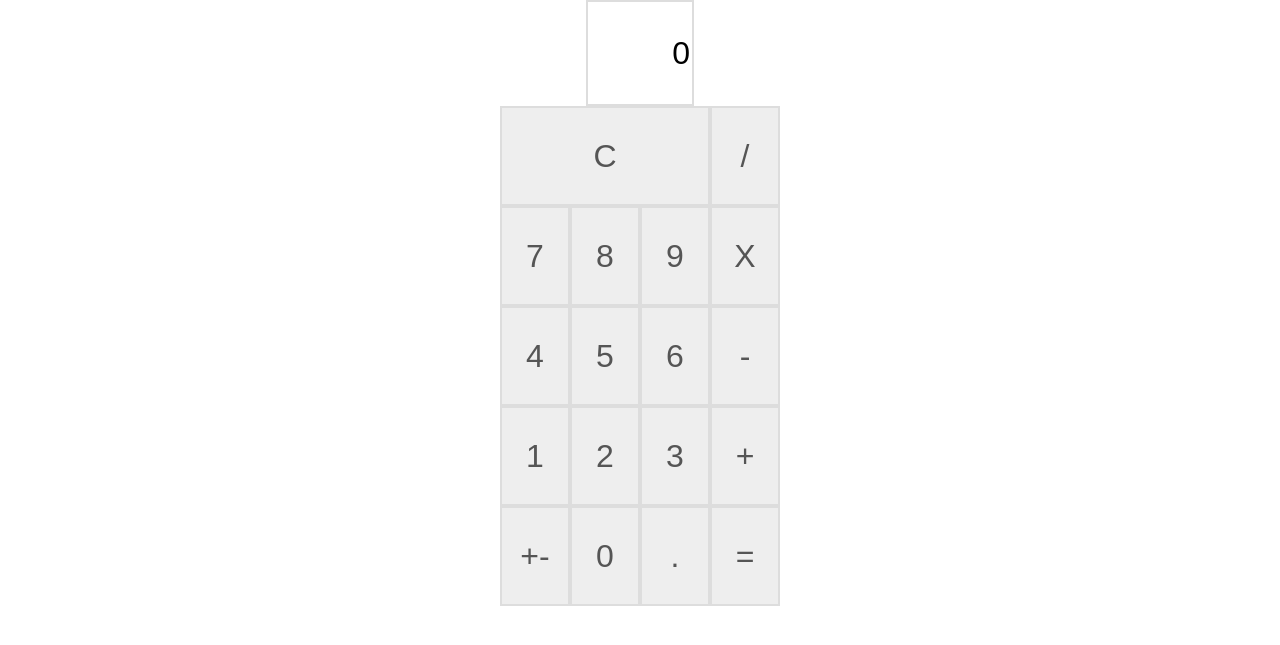
Repository: aaronmatei/react-calc
Page: /
These files come from the project's save history. The page is drawn as it stood at one moment and after the next save; the edit follows.
The browser window is 1280 px wide. The pictures show the whole page.
The project was rebuilt for these pictures with package versions that can differ from the ones it lists, and the page was loaded fresh each time.

Above is the page before, as saved 2019-12-13 11:13:20.

### src/App.js
import React, { Component } from "react";
import Button from "./components/Button";
import "./App.css";
import "./css/styles.css";

class App extends Component {
	state = {
		current: "0",
		previous: [],
	};

	reset = () => {
		this.setState({ result: "0" });
	};
	addToCurrent = symbol => {
		this.setState({ current: this.state.current + symbol });
	};

	render() {
		const buttons = [
			{ symbol: "C", cols: 3, action: this.reset },
			{ symbol: "/", cols: 1, action: this.addToCurrent },
			{ symbol: "7", cols: 1, action: this.addToCurrent },
			{ symbol: "8", cols: 1, action: this.addToCurrent },
			{ symbol: "9", cols: 1, action: this.addToCurrent },
			{ symbol: "X", cols: 1, action: this.addToCurrent },
			{ symbol: "4", cols: 1, action: this.addToCurrent },
			{ symbol: "5", cols: 1, action: this.addToCurrent },
			{ symbol: "6", cols: 1, action: this.addToCurrent },
			{ symbol: "-", cols: 1, action: this.addToCurrent },
			{ symbol: "1", cols: 1, action: this.addToCurrent },
			{ symbol: "2", cols: 1, action: this.addToCurrent },
			{ symbol: "3", cols: 1, action: this.addToCurrent },
			{ symbol: "+", cols: 1, action: this.addToCurrent },
			{ symbol: "+-", cols: 1, action: this.addToCurrent },
			{ symbol: "0", cols: 1, action: this.addToCurrent },
			{ symbol: ".", cols: 1, action: this.addToCurrent },
			{ symbol: "=", cols: 1, action: this.addToCurrent },
		];
		return (
			<div className='App'>
				<input className='result' type='text' value={this.state.current} onChange={null} />

				{buttons.map((btn, idx) => {
					return (
						<Button key={idx} symbol={btn.symbol} cols={btn.cols} action={symbol => btn.action(symbol)} />
					);
				})}
			</div>
		);
	}
}

export default App;

### src/components/Button.jsx
import React, { Component } from "react";

class Button extends Component {
	render() {
		return (
			<div className={`column-${this.props.cols}`}>
				<button className='calc-button' onClick={() => this.props.action(this.props.symbol)}>
					{this.props.symbol}
				</button>
			</div>
		);
	}
}

export default Button;

### src/App.css
.App {
	text-align: center;
	align-items: center;
	padding-left: 500px;
	padding-right: 500px;
	margin-right: auto;
	margin-left: auto;
}

### src/css/styles.css
.column-3 {
	width: 75%;
	float: left;
}
.column-2 {
	width: 50%;
	float: left;
}
.column-1 {
	width: 25%;
	float: left;
}
button.calc-button {
	width: 100%;
	height: 100px;
	border: 2px solid #ddd;
	background: #eee;
	font-size: 32px;
	color: #555;
}

input.result {
	height: 100px;
	width: 100px;
	border: 2px solid #ddd;
	text-align: right;
	font-size: 32px;
	padding-left: ;
	padding-right: ;
}

Loaded but not shown: src/index.js (common file); src/index.css (common file); src/serviceWorker.js (common file)

After the next save:
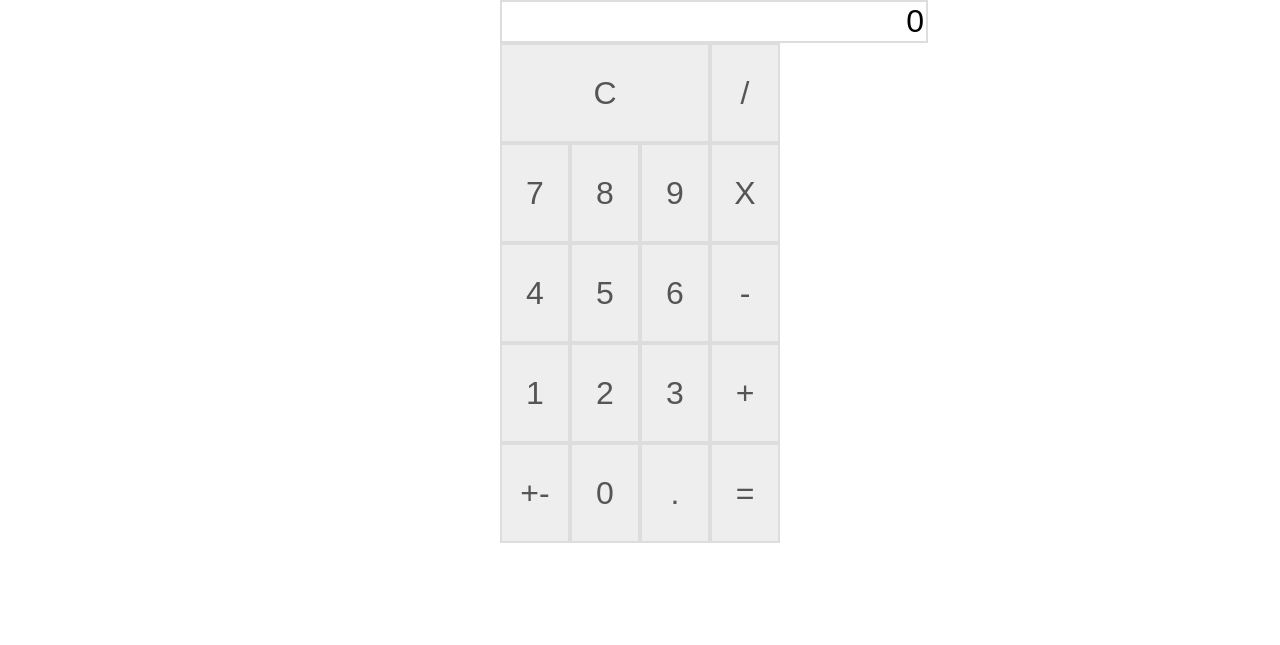
Saved 18 s later.
--- a/src/css/styles.css
+++ b/src/css/styles.css
@@ -20,8 +20,6 @@ button.calc-button {
 }
 
 input.result {
-	height: 100px;
-	width: 100px;
 	border: 2px solid #ddd;
 	text-align: right;
 	font-size: 32px;
